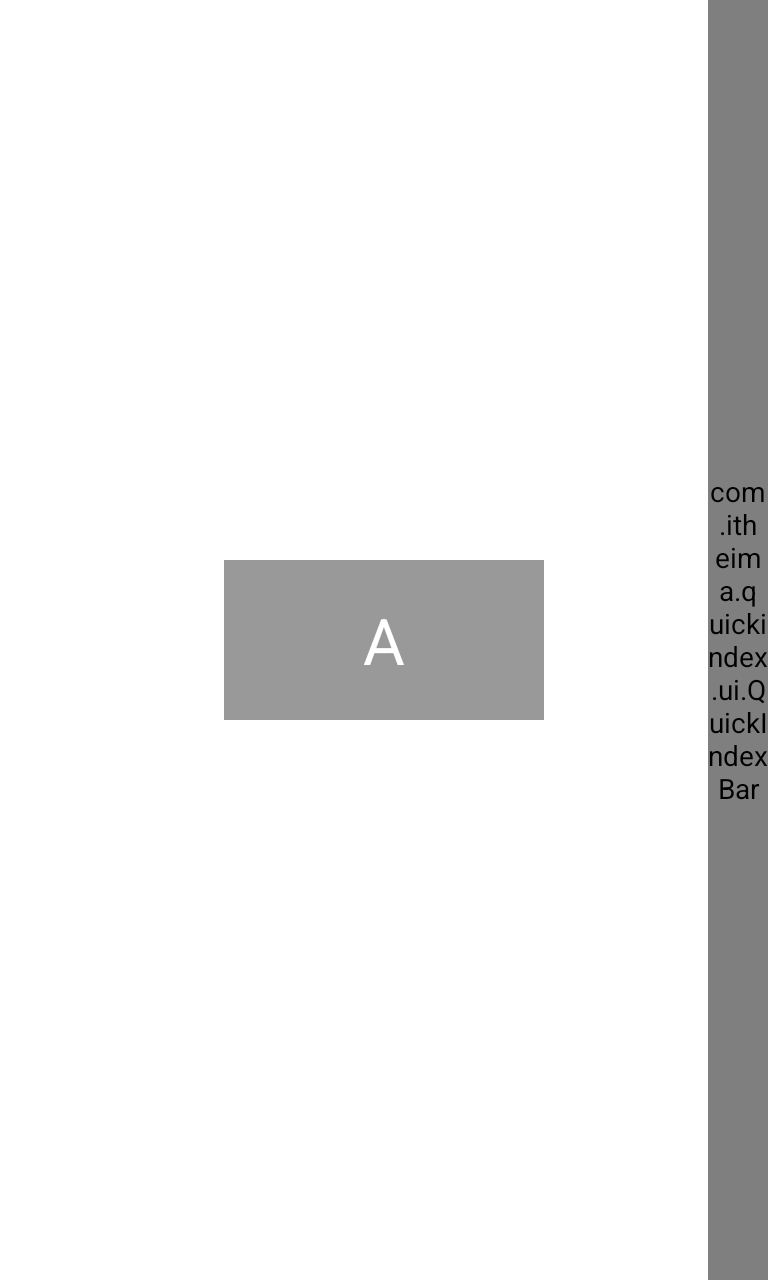
Repository: weijunfeng/QQEffects
Layout: 01_快速索引/res/layout/activity_main.xml
These files come from the project's save history. The layout is drawn as it stood at one moment and after the next save; the edit follows.
Pictures or frames that could not be fetched are drawn as grey boxes. It is drawn on a 768 x 1280 px phone screen (xhdpi) without system bars, with theme AppTheme; the app's code is not run. Lists and similar views that code fills are empty.

Above is the layout before, as saved 2015-04-01 09:34:21.

### 01_快速索引/res/layout/activity_main.xml
<RelativeLayout xmlns:android="http://schemas.android.com/apk/res/android"
    xmlns:tools="http://schemas.android.com/tools"
    android:layout_width="match_parent"
    android:layout_height="match_parent"
    tools:context=".MainActivity" >

    <ListView
        android:id="@+id/lv_main"
        android:layout_width="match_parent"
        android:layout_height="match_parent" >
    </ListView>

    <com.itheima.quickindex.ui.QuickIndexBar
        android:id="@+id/bar"
        android:layout_width="30dp"
        android:layout_height="match_parent"
        android:layout_alignParentRight="true"
        android:background="#ff0000" />

    <TextView
        android:layout_width="160dp"
        android:layout_height="80dp"
        android:background="#66000000"
        android:gravity="center"
        android:textSize="32sp"
        android:textColor="#ffffff"
        android:layout_centerInParent="true"
        android:text="A" />

</RelativeLayout>

Loaded but not shown: 01_快速索引/res/values/styles.xml (common file); 01_快速索引/res/values-v11/styles.xml (common file); 01_快速索引/res/values-v14/styles.xml (common file)

After the next save:
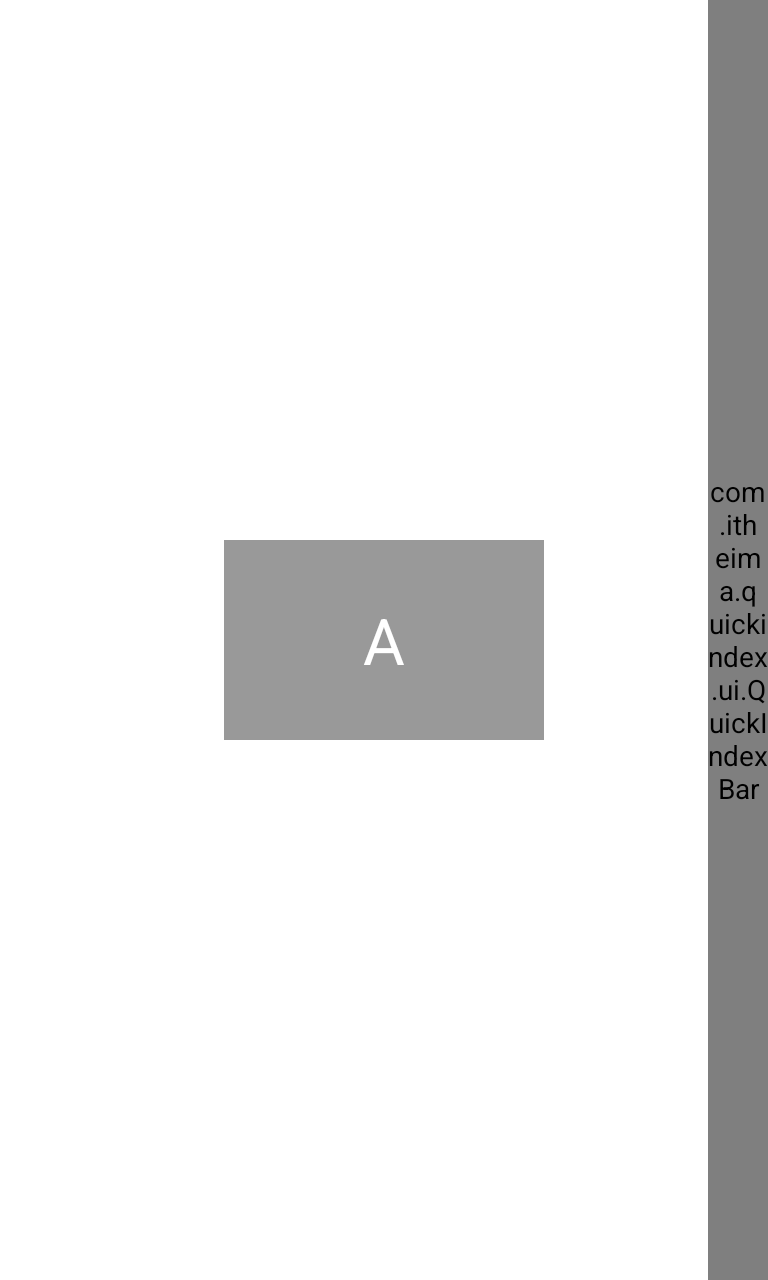
Saved 7 s later.
--- a/01_快速索引/res/layout/activity_main.xml
+++ b/01_快速索引/res/layout/activity_main.xml
@@ -19,7 +19,7 @@
 
     <TextView
         android:layout_width="160dp"
-        android:layout_height="80dp"
+        android:layout_height="100dp"
         android:background="#66000000"
         android:gravity="center"
         android:textSize="32sp"
